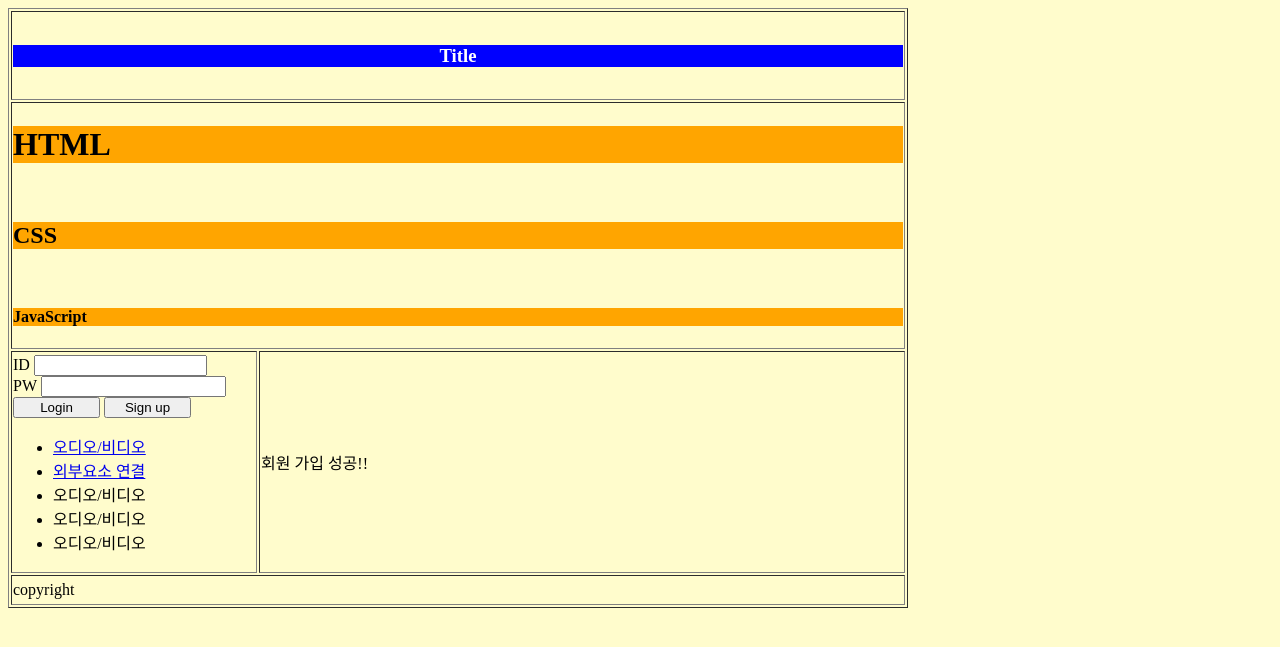
Repository: Hwangjiwon/MultiCampus
Page: http://localhost/2Study/jsp/member_insert_ok.jsp
The author's editor kept a copy of each file at every save. The page is drawn from the files as they stood at one save, then again after the next save.
The browser window is 1280 px wide. The pictures show the whole page.
The page is served by Tomcat 9. Other server files are loaded and not shown.

Above is the page before, as saved 2019-05-31 06:16:45.

### 2Study/WebContent/jsp/member_insert_ok.jsp
<%@ page language="java" contentType="text/html; charset=UTF-8"
	pageEncoding="UTF-8"%>

<jsp:include page="header.jsp"></jsp:include>
<jsp:include page="side.jsp"></jsp:include>
<td>
	회원 가입 성공!!

</td>
</tr>
<jsp:include page="copyright.jsp"></jsp:include>

### 2Study/WebContent/jsp/header.jsp
<%@ page language="java" contentType="text/html; charset=UTF-8"
	pageEncoding="UTF-8"%>
<!DOCTYPE html>
<html>
<head>
<meta charset="UTF-8">
<title>HOME</title>

<!-- <link rel = "stylesheet" type = "text/css" href = "/2Study/css/style01.css"> -->
<style> @import "/2Study/css/style01.css";></style>
<style> @import "/2Study/css/mystyle.css";></style>
</head>
<body style = "background: #FFFCCC">
	<table border="1" width="900" height="600">
		<tr height="15%">
			<td colspan="2"><h3>Title</h3></td>
		</tr>
		<tr height="5%">
			<td colspan="2"><h1> HTML</h1> &nbsp;&nbsp;&nbsp; <h2> CSS</h2> &nbsp;&nbsp;&nbsp;
				<h4>JavaScript</h4></td>
		</tr>

### 2Study/WebContent/jsp/side.jsp
<%@ page language="java" contentType="text/html; charset=UTF-8"
	pageEncoding="UTF-8"%>
<tr>
	<td width="20%">
		<!-- Java code가 들어갈 수 있는 부분 -->
		<%
			String username = (String)session.getAttribute("username");
			if(username != null) { //login_ok
		%>

			${username}님, 환영합니다.

		<form action="/2Study/Main?sign=logout" method="post">
			<input type="submit" value="Logout">
		</form>

		<%
			} else {
		%>
			<!-- 절대경로화 해서 서블릿으로 요청 보내기 -->
			<form style="width: 242px;" method="post" action="/2Study/Main?sign=login">
				ID <input name="id" style="width: 165px;"><br>
				PW <input name="pw" type="password"><br>
					<input type="submit" value="Login" style="width: 87px;">
					<a href = "/2Study/jsp/member_insert.jsp">
						<input type="button" value="Sign up" style="width: 87px;">
					</a>
			</form>

		<%
			}
		%>

		<ul>
			<!-- Context명부터 써줘서 절대경로화! /프로젝트명/... -->
			<li><a href="/2Study/jsp/audio_video.jsp">오디오/비디오</a></li>
			<li><a href="/2Study/jsp/iframe.jsp">외부요소 연결</a></li>
			<li>오디오/비디오</li>
			<li>오디오/비디오</li>
			<li>오디오/비디오</li>
		</ul>
	</td>

### 2Study/WebContent/jsp/copyright.jsp
<%@ page language="java" contentType="text/html; charset=UTF-8"
	pageEncoding="UTF-8"%>

<tr height="5%">
	<td colspan="2">copyright</td>
</tr>
</table>

</body>
</html>

### 2Study/WebContent/css/style01.css
body {
	background: #C8EBFA;
}

h3 {
	background: blue;
	color: white;
	text-align: center;
}

### 2Study/WebContent/css/mystyle.css
h1, h2, h4 {
	background: orange;
}

After the next save:
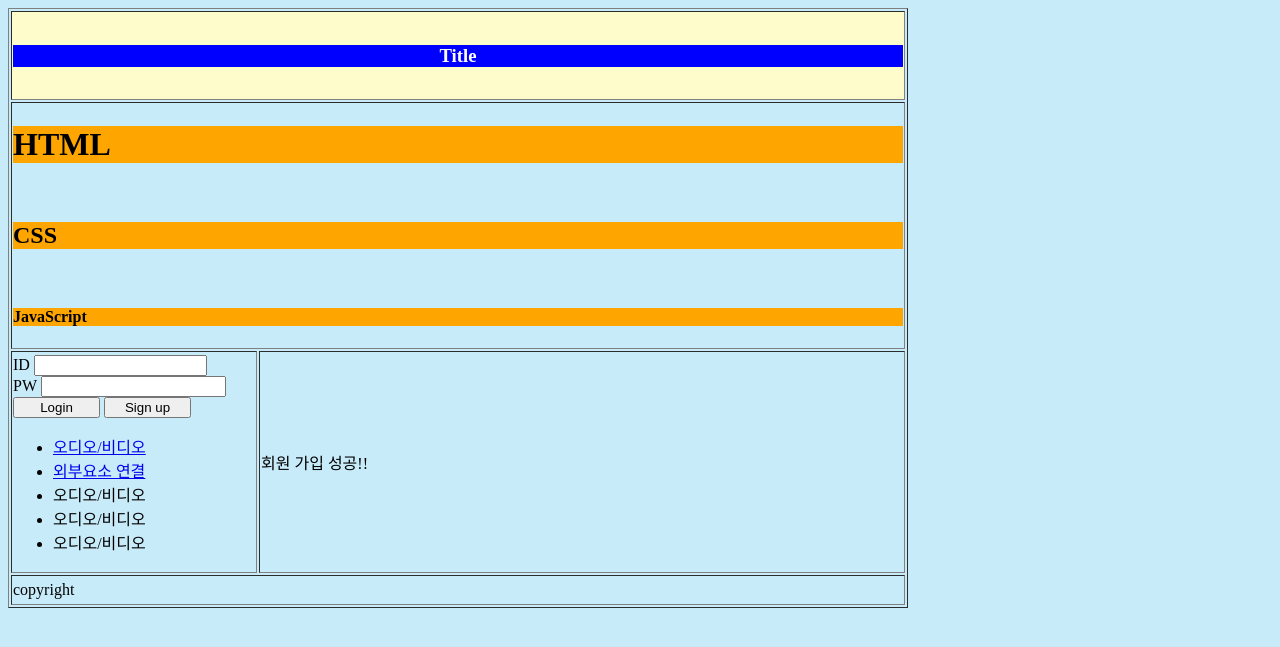
Saved 44 s later.
--- a/2Study/WebContent/jsp/header.jsp
+++ b/2Study/WebContent/jsp/header.jsp
@@ -10,9 +10,9 @@
 <style> @import "/2Study/css/style01.css";></style>
 <style> @import "/2Study/css/mystyle.css";></style>
 </head>
-<body style = "background: #FFFCCC">
+<body>
 	<table border="1" width="900" height="600">
-		<tr height="15%">
+		<tr height="15%" style = "background: #FFFCCC">
 			<td colspan="2"><h3>Title</h3></td>
 		</tr>
 		<tr height="5%">
